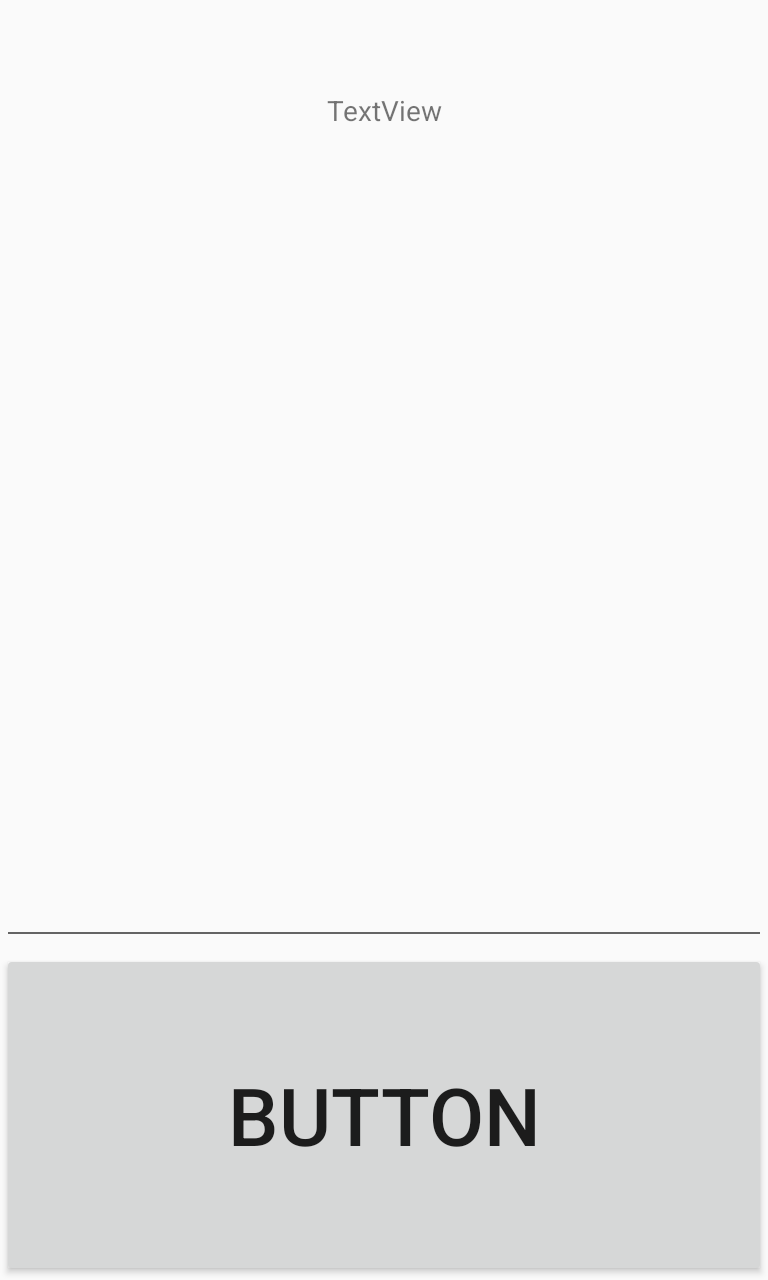
Repository: harsha20011992/Android-Projects
Layout: NotePadLatest/res/layout/fragmentnotes.xml
An editor plug-in stored every save of this project. The layout is shown before and after the next save, followed by the edit.
It is drawn on a 768 x 1280 px phone screen (xhdpi) without system bars, with theme AppTheme; the app's code is not run.

Above is the layout before, as saved 2014-10-13 19:50:06.

### NotePadLatest/res/layout/fragmentnotes.xml
<?xml version="1.0" encoding="utf-8"?>
<LinearLayout xmlns:android="http://schemas.android.com/apk/res/android"
    android:layout_width="match_parent"
    android:layout_height="match_parent"
    android:orientation="vertical" >

    <TextView
        android:id="@+id/notepadtitle"
        android:layout_width="match_parent"
        android:layout_height="wrap_content"
        android:text="TextView"
        android:layout_weight="2"
        android:gravity="center" />


    <EditText
        android:id="@+id/notepadtext"
        android:layout_width="match_parent"
        android:layout_height="0dp"
        android:inputType="textMultiLine"
        android:lines="5"
        android:gravity="top"
        android:layout_weight="8">


    </EditText>

    <Button
        android:id="@+id/notepadsave"
        android:layout_width="match_parent"
        android:layout_height="wrap_content"
        android:text="Button"
        android:gravity="center"
        android:textSize="40dp"
        android:layout_weight="2" />

</LinearLayout>

Loaded but not shown: NotePadLatest/res/values/styles.xml (common file); NotePadLatest/res/values-v11/styles.xml (common file); NotePadLatest/res/values-v14/styles.xml (common file)

After the next save:
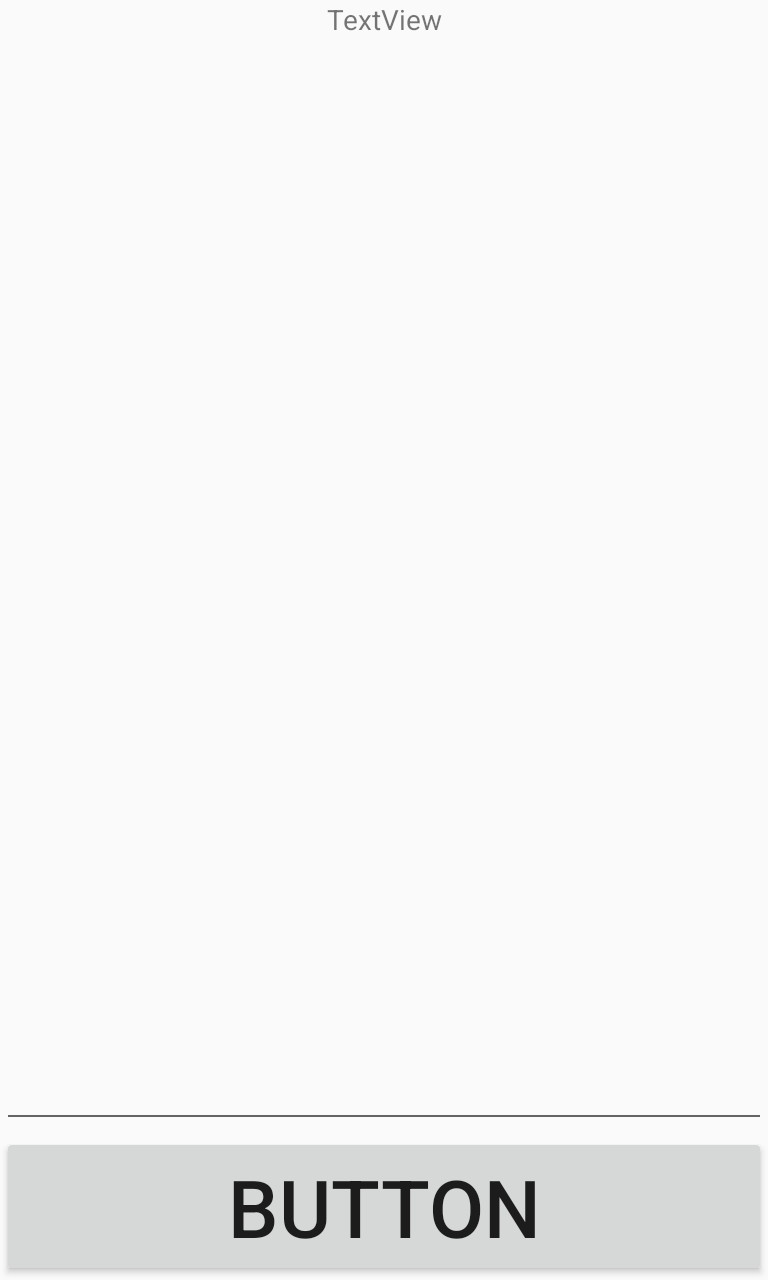
Saved 2 min 54 s later.
--- a/NotePadLatest/res/layout/fragmentnotes.xml
+++ b/NotePadLatest/res/layout/fragmentnotes.xml
@@ -9,18 +9,17 @@
         android:layout_width="match_parent"
         android:layout_height="wrap_content"
         android:text="TextView"
-        android:layout_weight="2"
         android:gravity="center" />
 
 
     <EditText
         android:id="@+id/notepadtext"
         android:layout_width="match_parent"
-        android:layout_height="0dp"
+        android:layout_height="match_parent"
         android:inputType="textMultiLine"
         android:lines="5"
         android:gravity="top"
-        android:layout_weight="8">
+        android:layout_weight="1">
 
 
     </EditText>
@@ -31,7 +30,6 @@
         android:layout_height="wrap_content"
         android:text="Button"
         android:gravity="center"
-        android:textSize="40dp"
-        android:layout_weight="2" />
+        android:textSize="40dp" />
 
 </LinearLayout>
